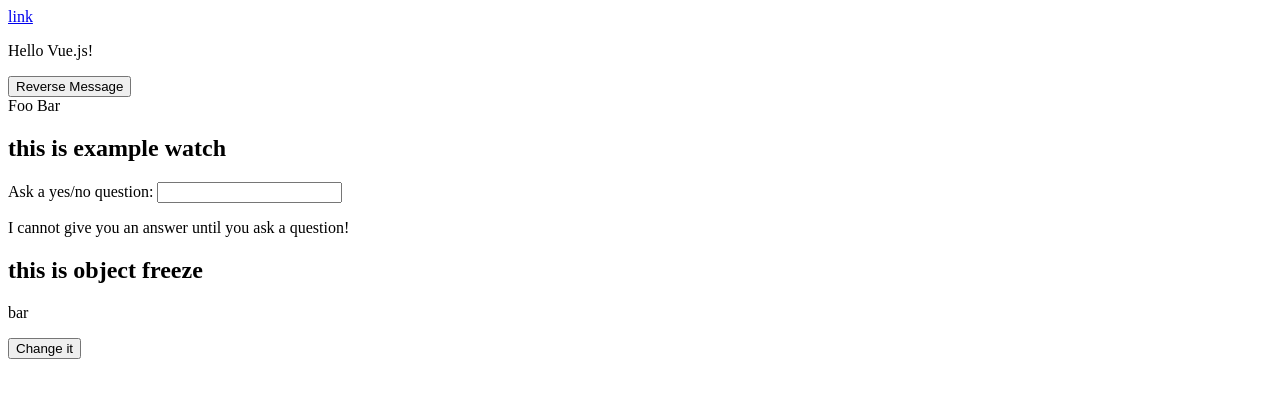
Repository: MeghaNagari/PracticeAtVMC
Page: Practice/VuePractice/WebContent/v1.html
An editor plug-in stored every save of this project. The page is shown before and after the next save, followed by the edit.
The browser window is 1280 px wide. The pictures show the whole page.
Some web libraries are served in a nearby version.

Above is the page before, as saved 2018-03-19 16:03:03.
Console error: SyntaxError: Unexpected token '<'

After the next save:
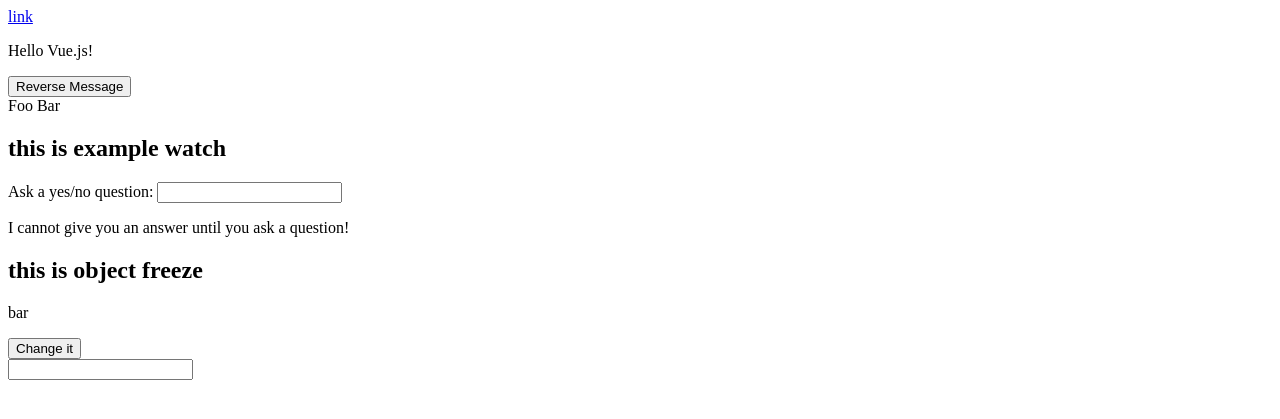
Saved 65 s later.
--- a/Practice/VuePractice/WebContent/v1.html
+++ b/Practice/VuePractice/WebContent/v1.html
@@ -34,6 +34,14 @@
   <p>{{ foo }}</p>
   <!-- this will no longer update `foo`! -->
   <button @click="foo = 'baz'">Change it</button>
+</div>
+
+
+<div id="test3">
+
+<input type="text" v-model:"a">
+
+
 </div>
 
 
